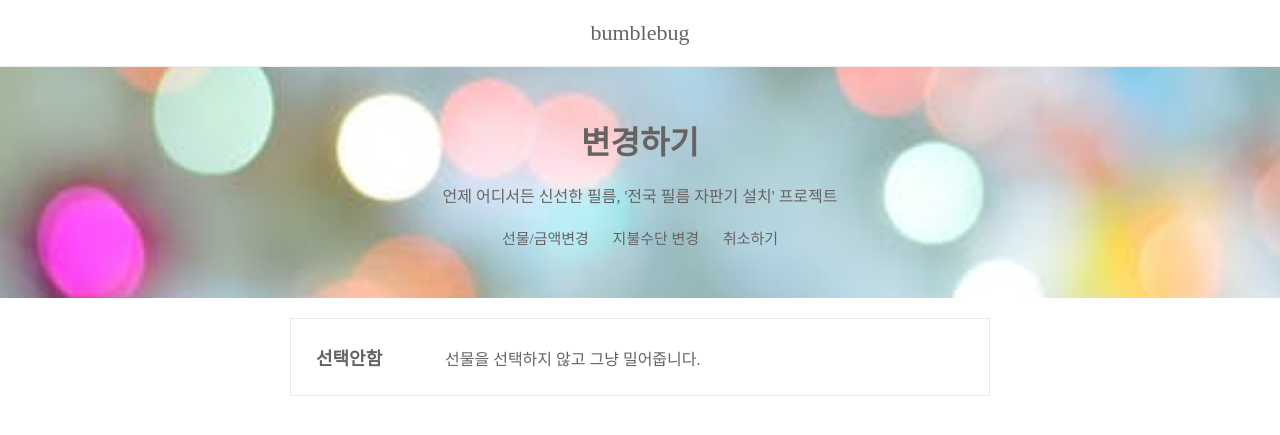
Repository: fepanbr/bumblbug
Page: http://localhost/WebProject/Mypage/changeItem.jsp
The author's editor kept a copy of each file at every save. The page is drawn from the files as they stood at one save, then again after the next save.
The browser window is 1280 px wide. The pictures show the whole page.
The page is served by Tomcat 9. Other server files are loaded and not shown.

Above is the page before, as saved 2019-05-31 02:46:08.

### WebProject/WebContent/Mypage/changeItem.jsp
<%@ page language="java" contentType="text/html; charset=UTF-8"
    pageEncoding="UTF-8"%>
<!DOCTYPE html>
<html lang="ko">

<head>
    <meta charset="UTF-8">
    <title>jQuery Style</title>
    <script src="https://code.jquery.com/jquery-1.12.4.min.js"></script>
    <style>
        *{
            padding: 0;
            margin: 0;
            box-sizing: border-box;
            color: #676363;

        }
        ul{
            color: #676363;
            font-size: 15px;
            list-style: none;

        }
        li{
            display: inline-block;
        }

        body{
            overflow-x: hidden;
            min-height: 100%;
            height: auto;
        }
        .header{
            width: 100%;
            background-color: #fff;
            border-bottom: 1px solid #efefef;

        }
        .header-title{

            font-size: 22px;
            text-align: center;

            padding: 20px;

        }
        .scanline{
            width: 100%;

            position: relative;
            background: #fafafa
        }
        .b-align{
            text-align: center;
            padding: 50px;
            background-repeat: no-repeat;
            background-position: 50%;
            background-size: cover;

        }
        .b-menu-item{
            padding: 10px;
            text-decoration: none;

        }

        .dek{
            margin-top: 20px;
            margin-bottom: 20px;
        }
        .b-container-wrap{
            padding-top: 20px;
            position: relative;
        }
        .b-container{
            width: 700px;
            margin: 0 auto;
        }
        .b-item{
            border: 1px solid #ebe8e8;
            padding: 25px;
            margin: 0;
            display: block;
            cursor: pointer;
            overflow: hidden;
            position: relative;

        }
        .b-item:hover{
            border: 1px solid #ebe8e8;
            padding: 25px;
            margin: 0;
            display: block;
            cursor: pointer;
            overflow: hidden;
            position: relative;
            background-color: #f0efef;

        }
        .b-item-price{
            display: inline-block;
            font-size: 18px;
            width: 125px;
            font-weight: bolder;
        }
        .b-item-info{
            display: inline-block;
        }

    </style>
    <script>


        $(function () {

        });


    </script>
</head>

<body>
    <div class="header">
        <div class="header-title">bumblebug</div>
    </div>

    <div class="scanline">
        <div class="b-align" style="background-image: url(images/background.jpeg)">
            <h1>변경하기</h1>
            <p class="dek">
                    언제 어디서든 신선한 필름, '전국 필름 자판기 설치' 프로젝트
            </p>
            <ul>
                <li>
                    <a href="#" class="b-menu-item"> 선물/금액변경</a>
                </li>
                <li>
                    <a href="#" class="b-menu-item">지불수단 변경</a>
                </li>
                <li>
                    <a href="#" class="b-menu-item">취소하기</a>
                </li>
            </ul>

        </div>
    </div>
    <div class="b-container-wrap">
        <div class="b-container">
            <label class="b-item">
                <div class="b-item-price">
                    선택안함
                </div>
                <div class="b-item-info">
                    선물을 선택하지 않고 그냥 밀어줍니다.
                </div>




            </label>

        </div>

    </div>




</body>

</html>

After the next save:
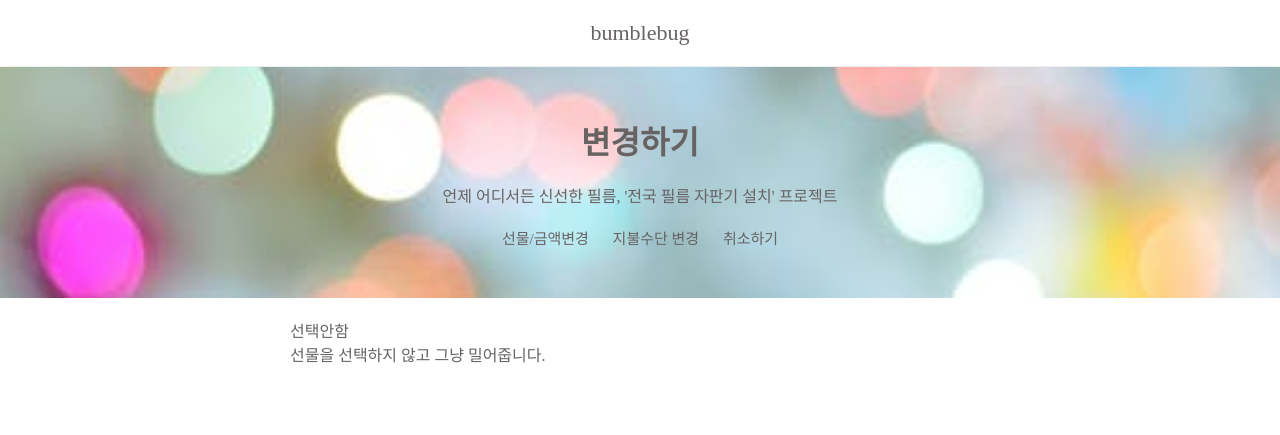
Saved 10 h 44 min later.
--- a/WebProject/WebContent/Mypage/changeItem.jsp
+++ b/WebProject/WebContent/Mypage/changeItem.jsp
@@ -76,36 +76,7 @@
             width: 700px;
             margin: 0 auto;
         }
-        .b-item{
-            border: 1px solid #ebe8e8;
-            padding: 25px;
-            margin: 0;
-            display: block;
-            cursor: pointer;
-            overflow: hidden;
-            position: relative;
 
-        }
-        .b-item:hover{
-            border: 1px solid #ebe8e8;
-            padding: 25px;
-            margin: 0;
-            display: block;
-            cursor: pointer;
-            overflow: hidden;
-            position: relative;
-            background-color: #f0efef;
-
-        }
-        .b-item-price{
-            display: inline-block;
-            font-size: 18px;
-            width: 125px;
-            font-weight: bolder;
-        }
-        .b-item-info{
-            display: inline-block;
-        }
 
     </style>
     <script>
